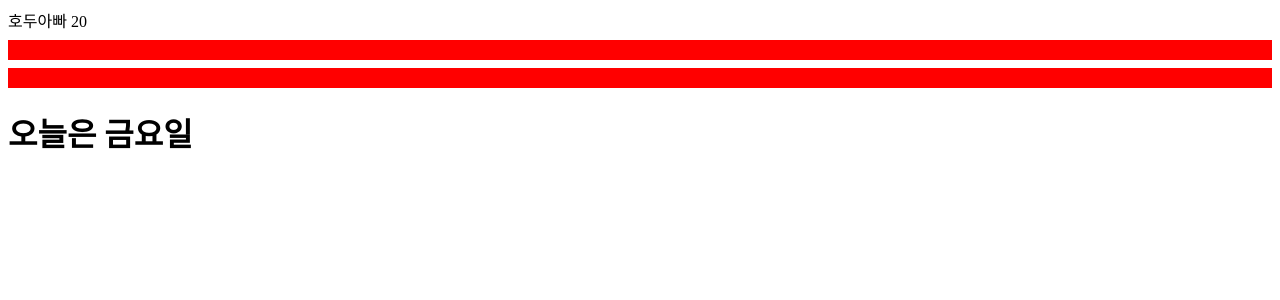
Repository: leejonggwon/Amora-Project
Page: http://localhost/JSP/EX01JSPTest.jsp
These files come from the project's save history. The page is drawn as it stood at one moment and after the next save; the edit follows.
The browser window is 1280 px wide. The pictures show the whole page.
The page is served by Tomcat 9.

Above is the page before, as saved 2023-07-21 09:43:21.

### 04.Server/JSP/src/main/webapp/EX01JSPTest.jsp
<%@ page language="java" contentType="text/html; charset=EUC-KR"
    pageEncoding="EUC-KR"%>
<!DOCTYPE html>
<html>
<head>
<meta charset="EUC-KR">
<title>Insert title here</title>
<style type = "text/css"> /* type="text/css"는 해당 스타일 시트가 CSS임을 나타냅니다 */

/* CSS주석 */

</style>
<script type = "text/javascript">
    // type="text/javascript"는 해당 스크립트가 JavaScript임을 나타냅니다.
	// js 주석
</script>
</head>
<%
	// 이 공간은 자바코드만 쓸 수 있는 공간이다
	int num = 100;
	String name = "호두아빠";
%>

<%
	int age = 20;

	int size = 20;
	String color = "yellow";
%>

<%= name %> <!-- 호두아빠 출력 -->
<%= age %> <!-- 20 출력 -->

<hr size="20" color ="red"> <!-- <hr>은 선을 만들어준다 -->

<hr size="<%= size %>" color ="red"> <!-- size="<%= size %>"로 해도 size값은 같다 -->

<body>
	<!--  각종 주석 설명 -->
	<!--  HTML 주석 -->
	<%-- JSP 주석 --%>
	<%-- JSP 주석은 개발자 환경에서도 노출되지 않는다 --%>




	<h1>오늘은 금요일</h1>
</body>
</html>

After the next save:
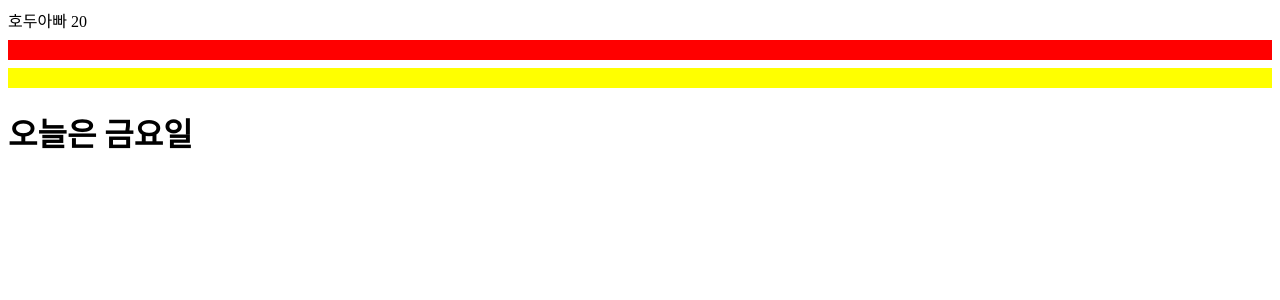
Saved 86 s later.
--- a/04.Server/JSP/src/main/webapp/EX01JSPTest.jsp
+++ b/04.Server/JSP/src/main/webapp/EX01JSPTest.jsp
@@ -33,7 +33,11 @@
 
 <hr size="20" color ="red"> <!-- <hr>은 선을 만들어준다 -->
 
-<hr size="<%= size %>" color ="red"> <!-- size="<%= size %>"로 해도 size값은 같다 -->
+<hr size="<%= size %>" color ="<%= color%>" ><!-- size="<%= size %>"로 해도 size값은 같다 -->
+
+
+
+
 
 <body>
 	<!--  각종 주석 설명 -->
